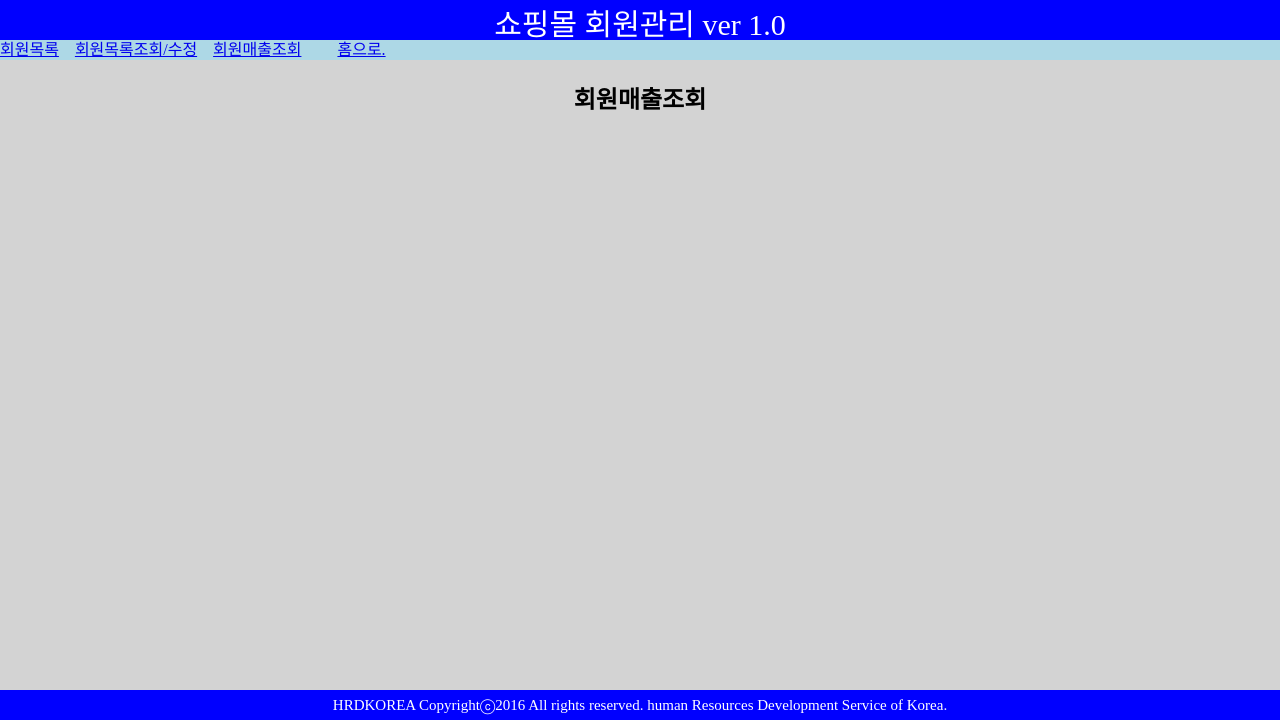
Repository: RnfElwl/youtube_infoT
Page: http://localhost/HRD_30812/salary.jsp
These files come from the project's save history. The page is drawn as it stood at one moment and after the next save; the edit follows.
The browser window is 1280 px wide. The pictures show the whole page.
The page is served by Tomcat 9. Other server files are loaded and not shown.

Above is the page before, as saved 2022-03-20 07:37:52.

### HRD_30812/src/main/webapp/salary.jsp
<%@ page language="java" contentType="text/html; charset=UTF-8"
    pageEncoding="UTF-8"%>
<!DOCTYPE html>
<html>
<head>
<meta charset="UTF-8">
<title>Insert title here</title>
</head>
<body style="margin:0; padding:0;">
	<jsp:include page="header.jsp"/>

	<section style="position:fixed; top:60px; width:100%; height:100%; background-color:lightgray ">
	 <h2 style="text-align:center">회원매출조회</h2><br>

	 <form style="display:flex; justify-content: center; align-items: center "></form>
	</section>
	<jsp:include page="footer.jsp"/>
</body>
</html>

### HRD_30812/src/main/webapp/header.jsp
<%@ page language="java" contentType="text/html; charset=UTF-8"
    pageEncoding="UTF-8"%>
<!DOCTYPE html>
<html>
<head>
<meta charset="UTF-8">
<title>header</title>
</head>
<body>
<header style="position:fixed; top:0px; width:100%; height:40px;
	background-color:blue; color:white; font-size:30px; text-align:center;
	 line-height:40px '"> 쇼핑몰 회원관리 ver 1.0</header>
	 <nav style="position:fixed; top:40px; width:100%; height:20px;
	background-color:lightblue; color:white; line-height:20px ">
	<a href="join.jsp">회원목록</a> &nbsp;&nbsp;
	<a href="list.jsp">회원목록조회/수정</a> &nbsp;&nbsp;
	<a href="salary.jsp">회원매출조회</a> &nbsp; &nbsp; &nbsp; &nbsp;
	<a href="index.jsp">홈으로.</a>
	</nav>
</body>
</html>

### HRD_30812/src/main/webapp/footer.jsp
<%@ page language="java" contentType="text/html; charset=UTF-8"
    pageEncoding="UTF-8"%>
<!DOCTYPE html>
<html>
<head>
<meta charset="UTF-8">
<title>footer</title>
</head>
<body>
	<footer style="position:fixed; bottom:0px; width:100%; height:30px;
	background-color:blue; color:white; text-align:center; line-height:30px; font-size:15px ">
	 HRDKOREA Copyrightⓒ2016 All rights reserved. human Resources Development Service of Korea.
	 </footer>
</body>
</html>

After the next save:
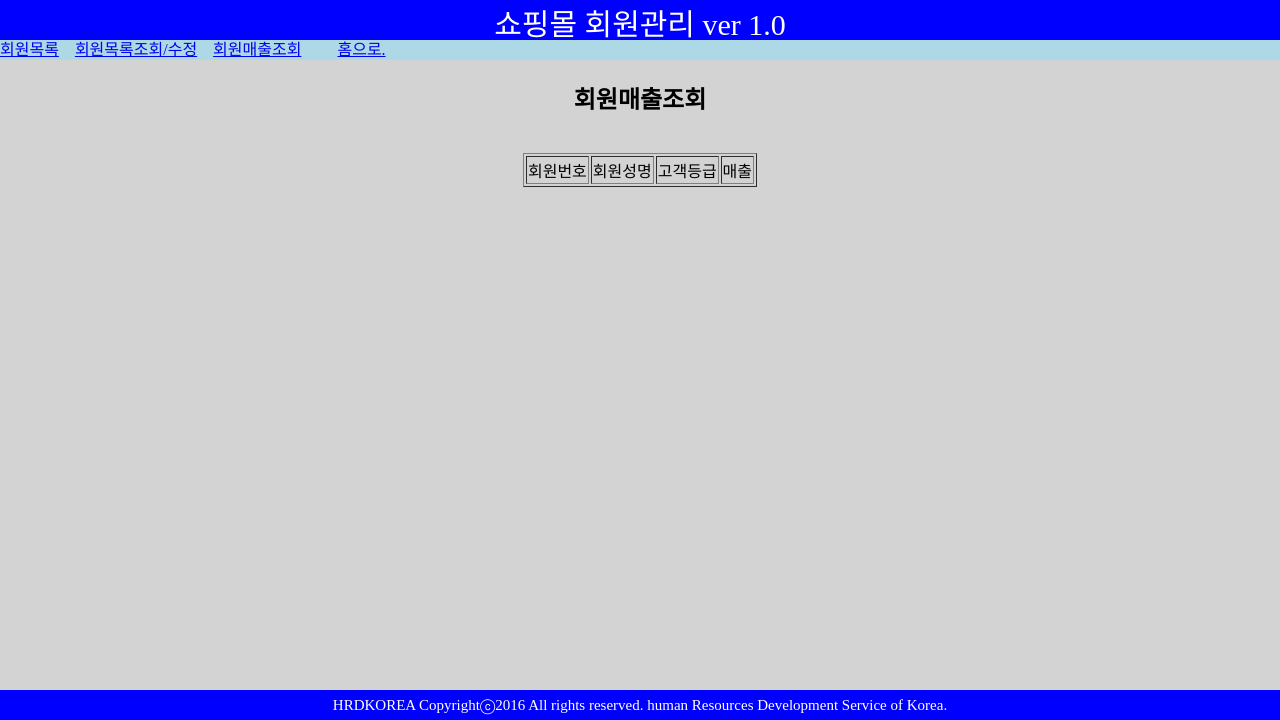
Saved 20 min 33 s later.
--- a/HRD_30812/src/main/webapp/salary.jsp
+++ b/HRD_30812/src/main/webapp/salary.jsp
@@ -12,7 +12,17 @@
 	<section style="position:fixed; top:60px; width:100%; height:100%; background-color:lightgray ">
 	 <h2 style="text-align:center">회원매출조회</h2><br>
 
-	 <form style="display:flex; justify-content: center; align-items: center "></form>
+	 <form style="display:flex; justify-content: center; align-items: center ">
+	 <table border="1">
+	 <tr>
+	 	<td>회원번호</td>
+	 	<td>회원성명</td>
+	 	<td>고객등급</td>
+	 	<td>매출</td>
+	 </tr>
+	 </table>
+
+	 </form>
 	</section>
 	<jsp:include page="footer.jsp"/>
 </body>
